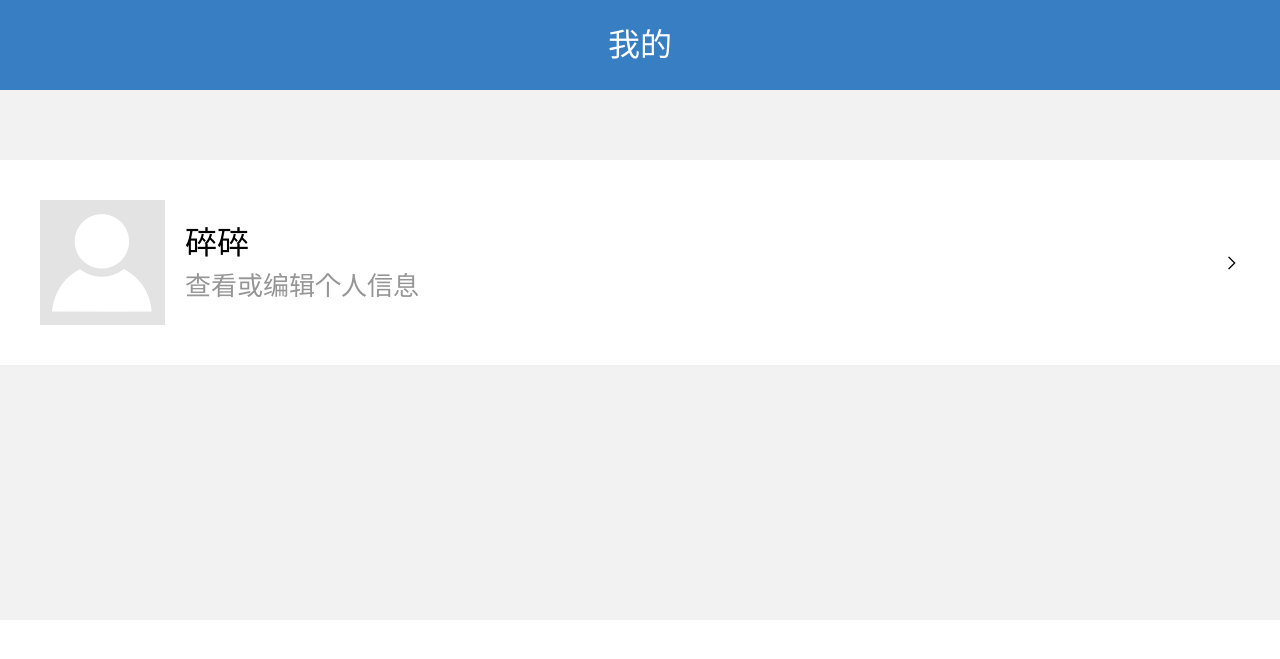
Repository: A1LExX/H5_study_set
Page: myProfile/index.html
The author's editor kept a copy of each file at every save. The page is drawn from the files as they stood at one save, then again after the next save.
The browser window is 1280 px wide. The pictures show the whole page.
An inner scrolling area shows only its first screen.

Above is the page before, as saved 2021-07-12 20:21:57.

After the next save:
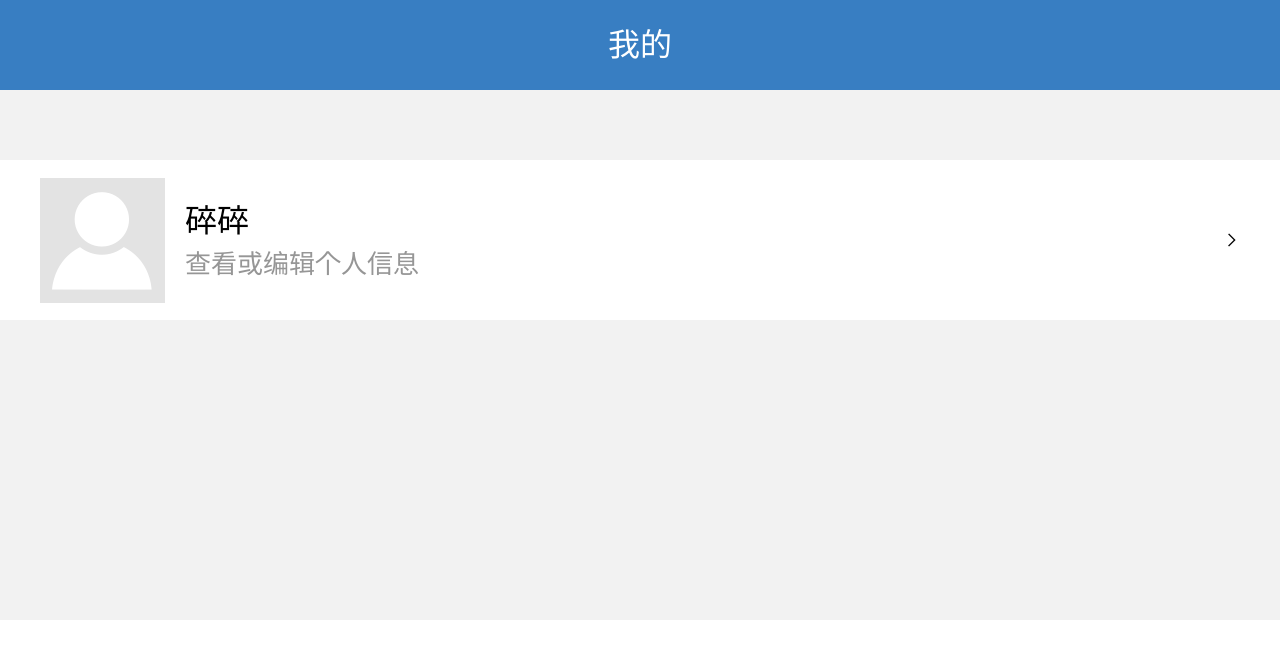
Saved 48 s later.
--- a/myProfile/css/index.css
+++ b/myProfile/css/index.css
@@ -2,7 +2,7 @@
  * @author [Alex Wei]
  * @email [w2262196@outlook.com]
  * @create date 2021-07-12 19:23:21
- * @modify date 2021-07-12 20:21:57
+ * @modify date 2021-07-12 20:22:45
  * @desc [description]
  */
 html, body{
@@ -78,7 +78,8 @@ body{
 }
 
 #mid>div{
-    padding: .4rem;
+    padding-left: .4rem;
+    padding-right: .4rem;
 }
 
 #footer{
